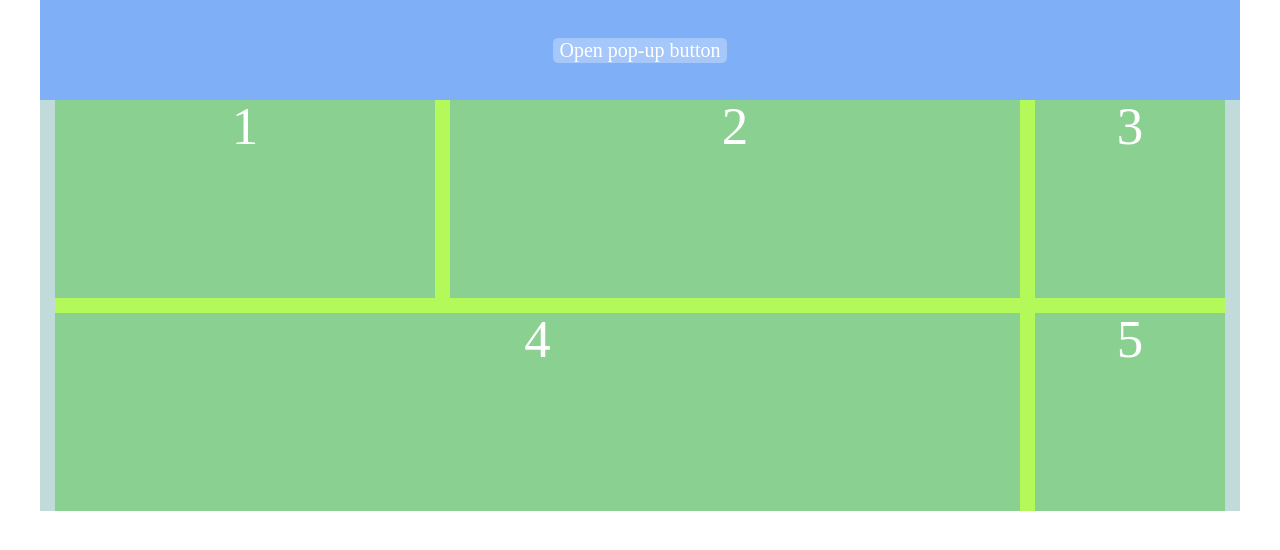
Repository: Evgenius190999999/nodasoft
Page: index.html
These files come from the project's save history. The page is drawn as it stood at one moment and after the next save; the edit follows.
The browser window is 1280 px wide. The pictures show the whole page.
Some web libraries are served in a nearby version. The style sheet was rebuilt from its Sass, Less or Tailwind sources for each picture, by a compiler version that may differ from the author's.

Above is the page before, as saved 2022-07-08 14:52:55.

After the next save:
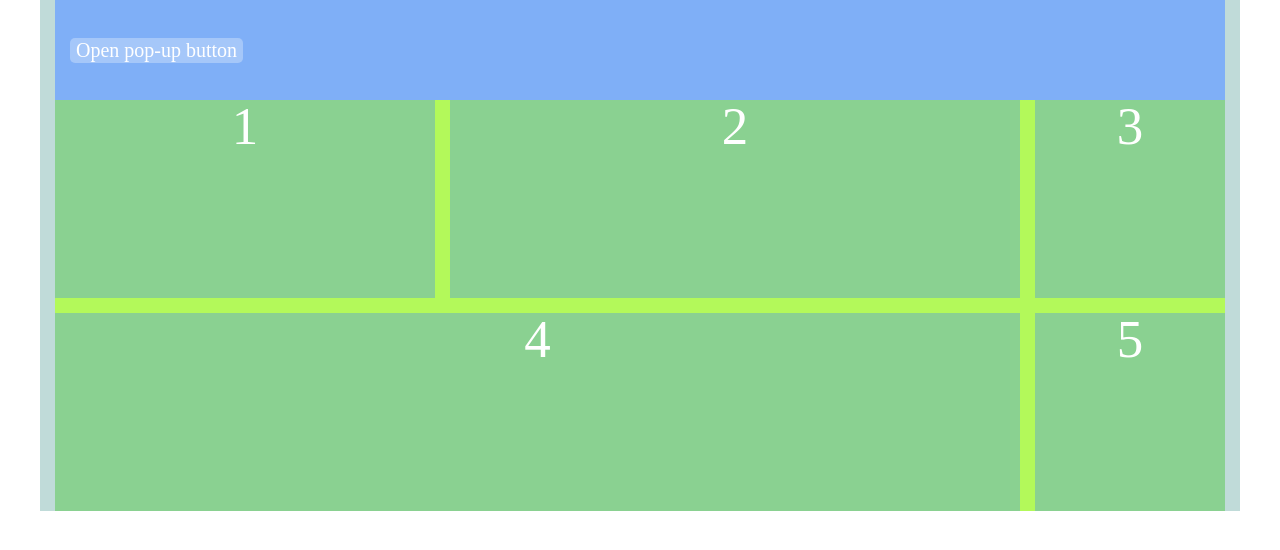
Saved 11 s later.
--- a/index.html
+++ b/index.html
@@ -14,10 +14,8 @@
 
 <body>
     <div class="wrapper">
-        <header class="header">
-            <div class="container">
-                <button class="open__popup">Open pop-up button</button>
-            </div>
+        <header class="header container">
+            <button class="open__popup">Open pop-up button</button>
         </header>
         <div class="parent container">
             <div class="div1">1</div>
